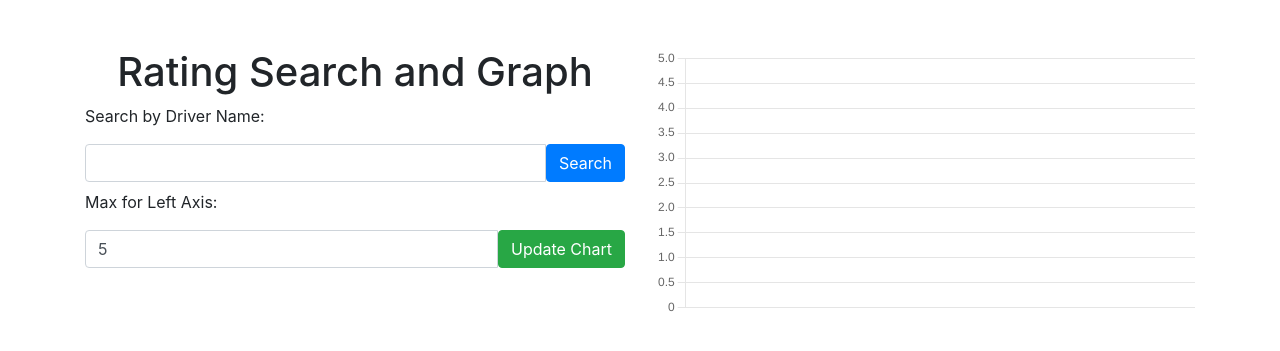
Repository: adrcstro/TrackingManagement
Page: http://localhost/tcpdf/Loginsystem/fetchdata.php
The author's editor kept a copy of each file at every save. The page is drawn from the files as they stood at one save, then again after the next save.
The browser window is 1280 px wide. The pictures show the whole page.
Some icons come from a web library that is not loaded, so they are not drawn. Some web libraries are served in a nearby version. The page is run by PHP 8.4 with error messages shown; the project is at /var/www/html/. Queries for data that is not in the repository find no rows.

Above is the page before, as saved 2023-11-24 18:52:25.
Console error: TypeError: Cannot read properties of null (reading 'addEventListener')

### Loginsystem/fetchdata.php
<!DOCTYPE html>
<html lang="en">
<head>
    <meta charset="UTF-8">
    <meta name="viewport" content="width=device-width, initial-scale=1.0">
    <link href="https://maxcdn.bootstrapcdn.com/bootstrap/4.5.2/css/bootstrap.min.css" rel="stylesheet">
    <link href="https://cdnjs.cloudflare.com/ajax/libs/font-awesome/5.15.1/css/all.min.css" rel="stylesheet"> <!-- Font Awesome -->
    <script src="https://cdn.jsdelivr.net/npm/chart.js"></script>

    <style>
        .card {
            transition: transform 0.3s;
            position: relative;
            box-shadow: 0 4px 8px rgba(0, 0, 0, 0.1);
            height: 100%;
        }

        .card:hover {
            transform: scale(1.05);
            box-shadow: 0 8px 16px rgba(0, 0, 0, 0.2);
        }

        .card-img-top {
            object-fit: cover;
            height: 250px;
            width: 100%;
        }

        .card-body {
            padding-bottom: 40px; /* Adjust padding to accommodate the button */
        }

        .card-title {
            height: -3rem; /* Limit the height of the title */
            overflow: hidden;
        }

        .card-text {
            max-height: 6rem; /* Limit the height of the description */
            overflow: hidden;
        }

        .read-more-modal {
            max-width: 800px; /* Adjust the width of the modal */
        }
    </style>
    <title>News and Events</title>
</head>
<body>

<div class="container">
        <div class="row  mt-4">
            <div class="col-md-6">
                <h1 class="text-center mt-4">Rating Search and Graph</h1>

                <form method="post" action="" class="mt-2">
                    <label for="search">Search by Driver Name:</label>
                    <div class="input-group mt-2">
                        <input type="text" name="search" id="search" class="form-control">
                        <button type="submit" class="btn btn-primary"><i class="bi bi-search icon"></i>Search</button>
                    </div>
                </form>

                <label for="maxLeft" class="mt-2">Max for Left Axis:</label>
                <div class="input-group mt-2">
                    <input type="number" name="maxLeft" id="maxLeft" value="5" class="form-control">
                    <button onclick="updateChart()" class="btn btn-success"><i class="bi bi-bar-chart icon"></i>Update Chart</button>
                </div>


            </div>

            <div class="col-md-6">
                <div style="width: 100%;"  class="mt-4">
                    <canvas id="myChart"></canvas>
                </div>
            </div>
        </div>
    </div>


<script>
        // Add your custom scripts here
        function updateChart() {
            // Your chart update logic
        }
    </script>
<?php
// Connect to your database
$servername = "localhost"; // Replace with your server name
$username = "root"; // Replace with your username
$password = ""; // Replace with your password
$dbname = "plate-to-place-v-tracking";

$conn = new mysqli($servername, $username, $password, $dbname);

// Check connection
if ($conn->connect_error) {
    die("Connection failed: " . $conn->connect_error);
}

// Function to fetch data from the rating table based on the search term
function fetchData($conn, $searchTerm) {
    $sql = "SELECT DriverName, Rate FROM rating WHERE DriverName LIKE '%$searchTerm%'";
    $result = $conn->query($sql);

    $data = array();
    if ($result->num_rows > 0) {
        while ($row = $result->fetch_assoc()) {
            $data[] = $row;
        }
    }

    return $data;
}

// Process search form submission
if ($_SERVER["REQUEST_METHOD"] == "POST") {
    $searchTerm = $_POST["search"];
    $data = fetchData($conn, $searchTerm);
} else {
    // If no search term, initialize with an empty array
    $data = array();
}

// Close the database connection
$conn->close();
?>

<script>
// Prepare data for Chart.js
var data = <?php echo json_encode($data); ?>;

// Create an object to count the occurrences of each rating for each driverName
var ratingCounts = {};

data.forEach(function(item) {
    var driverName = item.DriverName;
    var rate = item.Rate;

    // Initialize the count for the driverName if not already present
    if (!ratingCounts[driverName]) {
        ratingCounts[driverName] = [0, 0, 0, 0, 0]; // Index 0 represents rating 1, index 4 represents rating 5
    }

    // Increment the count for the corresponding rating
    ratingCounts[driverName][rate - 1]++;
});

// Prepare labels and data for the chart
var labels = Object.keys(ratingCounts);
var datasets = [];

// Iterate through each driverName and create a dataset for the bar graph
labels.forEach(function(driverName) {
    var counts = ratingCounts[driverName];

    datasets.push({
        label: driverName,
        data: counts,
        backgroundColor: getRandomColor(), // Function to get a random color for each driverName
        borderColor: 'rgba(75, 192, 192, 1)',
        borderWidth: 1
    });
});

// Default max value for left axis
var maxLeft = 5;

// Declare myChart outside the function
var myChart;

// Draw the initial bar chart
drawChart();

// Function to draw or update the bar chart
function drawChart() {
    var ctx = document.getElementById('myChart').getContext('2d');
    myChart = new Chart(ctx, {
        type: 'bar',
        data: {
            labels: ['Unsatisfactory/Very Poor', 'Poor', 'Satisfactory/Fair', 'Good', 'Excellent'], // Ratings 1 to 5
            datasets: datasets
        },
        options: {
            scales: {
                y: {
                    beginAtZero: true,
                    stepSize: 1,
                    max: maxLeft
                }
            }
        }
    });
}

// Function to generate a random color
function getRandomColor() {
    var letters = '0123456789ABCDEF';
    var color = '#';
    for (var i = 0; i < 6; i++) {
        color += letters[Math.floor(Math.random() * 16)];
    }
    return color;
}

// Function to update the chart based on user input
function updateChart() {
    // Get value from input field
    maxLeft = parseInt(document.getElementById('maxLeft').value);

    // Destroy the existing chart and redraw with updated options
    myChart.destroy();
    drawChart();
}
</script>









<div class="container mt-5 mb-5">
    <div class="row">
    <?php
        // Replace these with your actual database connection details
        $host = "localhost";
        $username = "root";
        $password = "";
        $database = "plate-to-place-v-tracking";

        // Create a database connection
        $your_db_connection = mysqli_connect($host, $username, $password, $database);

        // Check the connection
        if (!$your_db_connection) {
            die("Connection failed: " . mysqli_connect_error());
        }

        // Fetch data from the "newsandevents" table
        $query = "SELECT id, Username, Age, Password, PermittoOperate,PhoneNumber,HomeAddress FROM driverstbl";
        $result = mysqli_query($your_db_connection, $query);

        // Check if the query was successful
        if ($result) {
            // Fetch data row by row
            while ($row = mysqli_fetch_assoc($result)) {
                $drivername = $row['Username'];
                $ViehicleNumber = $row['Age'];
                $PlateNumber = $row['Password'];
                $image = $row['PermittoOperate'];
                $phone = $row['PhoneNumber'];
                $home = $row['HomeAddress'];

                // Display data in Bootstrap cards
                echo '<div class="col-md-4 mb-5">';
                echo '<div class="card">';
                echo '<img src="uploads/' . $image . '" class="card-img-top" alt="Card Image">';
                echo '<div class="card-body text-center">';

                // Displaying the driver information
                // Existing code

echo '<h6 class="card-title">Drivers Name: <span style="font-weight:normal;">' . $drivername . '</span></h6>';
echo '<h6 class="card-title">Vehicle Number: <span style="font-weight:normal;">' . $ViehicleNumber . '</span></h6>';
echo '<h6 class="card-title">Plate Number: <span style="font-weight:normal;">' . $PlateNumber . '</span></h6>';
echo '<h6 class="card-title">Phone Number: <span style="font-weight:normal;">' . $phone . '</span></h6>';
echo '<h6 class="card-title">Home Address: <span style="font-weight:normal;">' . $home . '</span></h6>';
                echo '</div>';
                echo '</div>';
                echo '</div>';
            }

            // Free result set
            mysqli_free_result($result);
        } else {
            // Handle the error if the query fails
            echo "Error: " . mysqli_error($your_db_connection);
        }

        // Close the database connection
        mysqli_close($your_db_connection);
    ?>
    </div>
</div>

<script src="https://code.jquery.com/jquery-3.5.1.slim.min.js"></script>
<script src="https://cdn.jsdelivr.net/npm/@popperjs/core@2.5.3/dist/umd/popper.min.js"></script>
<script src="https://maxcdn.bootstrapcdn.com/bootstrap/4.5.2/js/bootstrap.min.js"></script>
<script src="https://kit.fontawesome.com/your-font-awesome-kit-id.js" crossorigin="anonymous"></script>









<script>
    // Initialize Bootstrap tooltips
    $(function () {
        $('[data-toggle="tooltip"]').tooltip();
    });
</script>

<script>
    document.addEventListener("DOMContentLoaded", function() {
        const searchInput = document.getElementById("SearchDriver");
        const searchResults = document.getElementById("searchResults");

        searchInput.addEventListener("input", function() {
            const searchText = searchInput.value.toLowerCase();
            if (searchText.length > 0) {
                fetch(`fetchdatadetails.php?search=${searchText}`)
                    .then(response => response.text())
                    .then(data => {
                        searchResults.innerHTML = data;
                    })
                    .catch(error => {
                        console.error('Error:', error);
                    });
            } else {
                searchResults.innerHTML = "";
            }
        });
    });
</script>
</body>
</html>

After the next save:
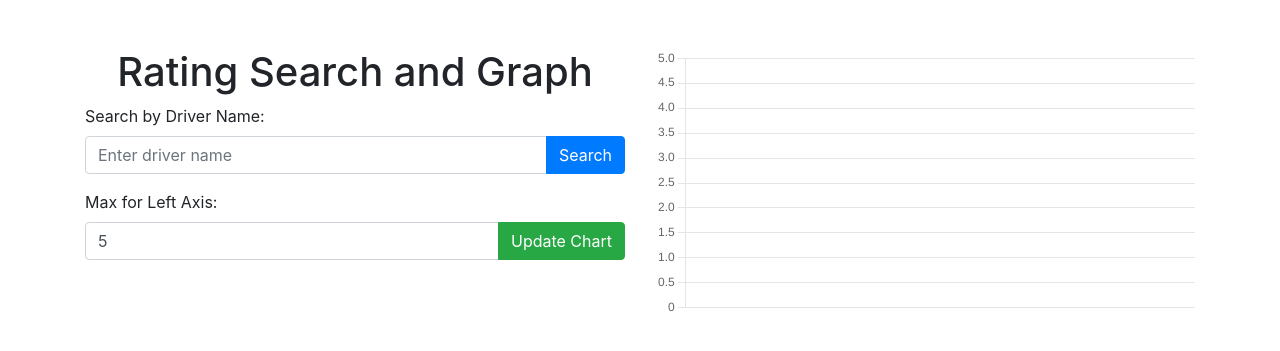
Saved 10 min 31 s later.
--- a/Loginsystem/fetchdata.php
+++ b/Loginsystem/fetchdata.php
@@ -54,18 +54,27 @@
                 <h1 class="text-center mt-4">Rating Search and Graph</h1>
 
                 <form method="post" action="" class="mt-2">
-                    <label for="search">Search by Driver Name:</label>
-                    <div class="input-group mt-2">
-                        <input type="text" name="search" id="search" class="form-control">
-                        <button type="submit" class="btn btn-primary"><i class="bi bi-search icon"></i>Search</button>
-                    </div>
-                </form>
-
-                <label for="maxLeft" class="mt-2">Max for Left Axis:</label>
-                <div class="input-group mt-2">
-                    <input type="number" name="maxLeft" id="maxLeft" value="5" class="form-control">
-                    <button onclick="updateChart()" class="btn btn-success"><i class="bi bi-bar-chart icon"></i>Update Chart</button>
-                </div>
+    <div class="form-group">
+        <label for="search">Search by Driver Name:</label>
+        <div class="input-group">
+            <input type="text" name="search" id="search" class="form-control" placeholder="Enter driver name">
+            <div class="input-group-append">
+                <button type="submit" class="btn btn-primary"><i class="bi bi-search icon"></i>Search</button>
+            </div>
+        </div>
+    </div>
+</form>
+
+<div class="form-group mt-2">
+    <label for="maxLeft">Max for Left Axis:</label>
+    <div class="input-group">
+        <input type="number" name="maxLeft" id="maxLeft" value="5" class="form-control" placeholder="Enter max value">
+        <div class="input-group-append">
+            <button onclick="updateChart()" class="btn btn-success"><i class="bi bi-bar-chart icon"></i>Update Chart</button>
+        </div>
+    </div>
+</div>
+
 
 
             </div>
